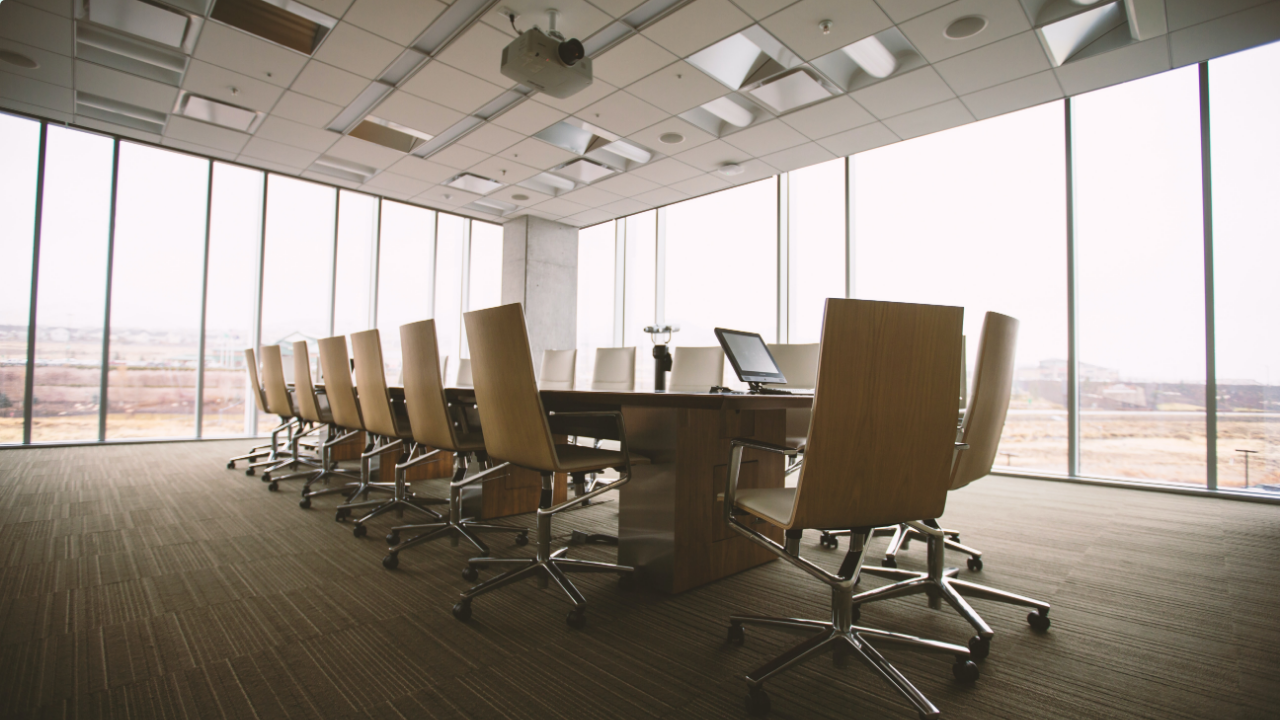
Repository: IT20643218/Employee-Management-System-OOP-Project-20-Y2S2
Page: http://localhost/EmployeeDemo/login.jsp
The author's editor kept a copy of each file at every save. The page is drawn from the files as they stood at one save, then again after the next save.
The browser window is 1280 px wide. The pictures show the whole page.
Some web fonts or font styles are not loaded; a fallback is used. The page is served by Tomcat 9. Nobody is signed in. The application's start-up code is not run.

Above is the page before, as saved 2021-09-30 12:42:13.

After the next save:
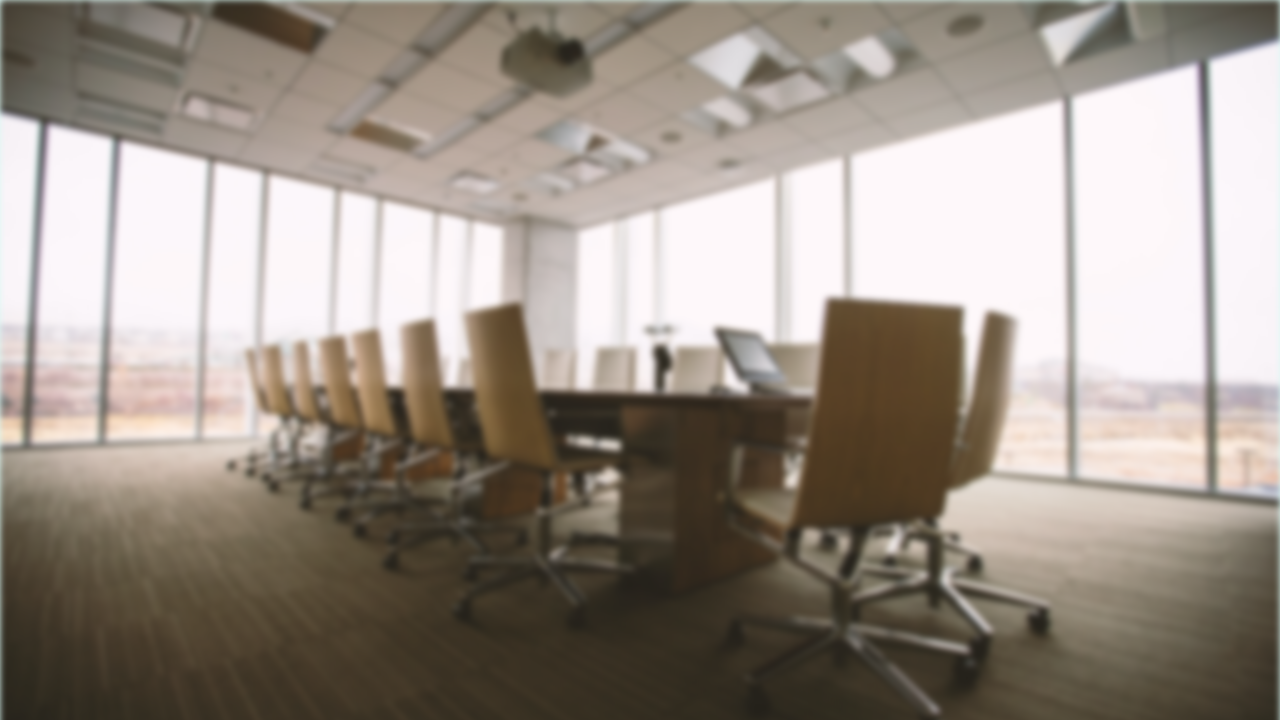
Saved 19 s later.
--- a/Java_Project/EmployeeDemo/src/main/webapp/login.jsp
+++ b/Java_Project/EmployeeDemo/src/main/webapp/login.jsp
@@ -24,7 +24,7 @@ body {
   height: 100%;
   background: url(images/login.jpg) no-repeat center center fixed;
   background-size: cover;
-  -webkit-filter: blur(0px);
+  -webkit-filter: blur(3px);
 }
 
 
